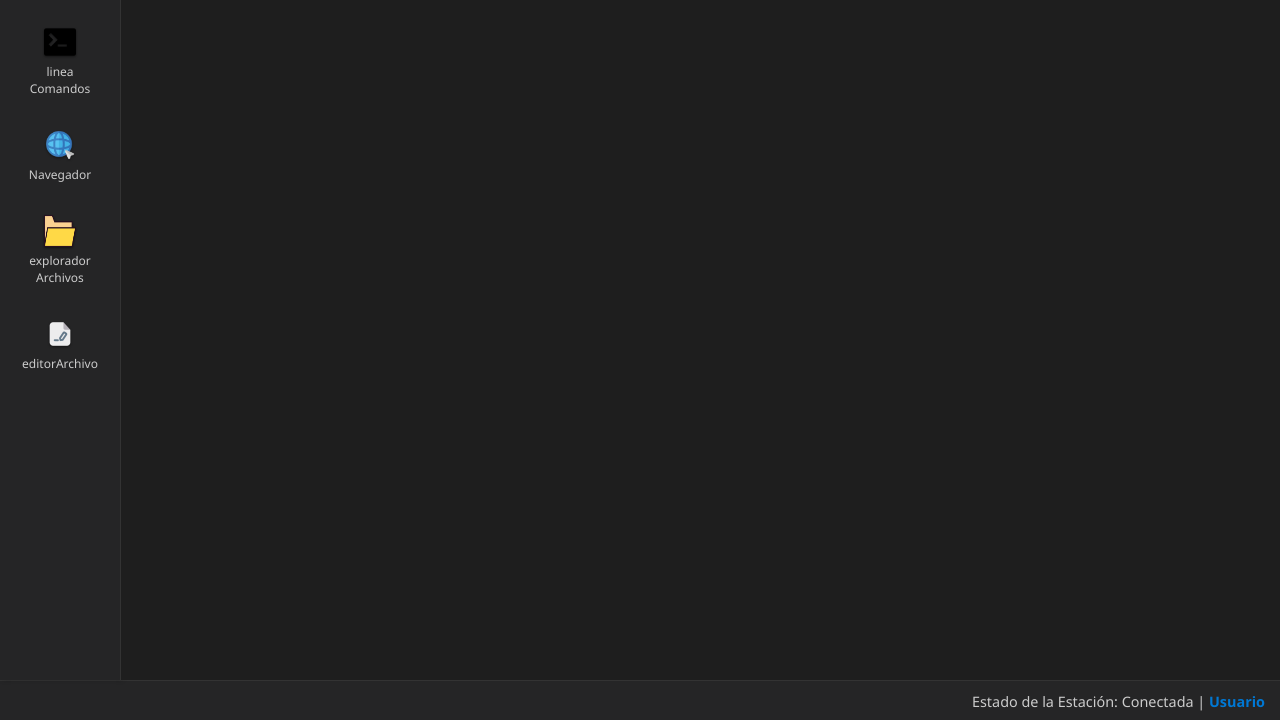
Repository: ValdezGalia/ProgramacionWebUcab
Page: lan-01.html
The author's editor kept a copy of each file at every save. The page is drawn from the files as they stood at one save, then again after the next save.
The browser window is 1280 px wide. The pictures show the whole page.

Above is the page before, as saved 2025-11-13 17:32:28.
Console error: TypeError: Cannot read properties of null (reading 'addEventListener')

### lan-01.html
<!DOCTYPE html>
<html lang="es">

<head>
    <meta charset="UTF-8">
    <meta name="viewport" content="width=device-width, initial-scale=1.0">
    <meta name="author" content="Orlando Valdez / Jenry Youssef / Oscar Torres">
    <link rel="stylesheet" href="/style/lan-01.css">
    <title>NetOps Workstation: Estación de Trabajo</title>
</head>

<body>
    <main id="workstation-container">

        <nav id="app-navigation" aria-label="Aplicaciones de la estación de trabajo">
            <ul id="app-list">
                <li><a href="#" data-tool="lineaComandos"><img src="assets/img/terminal.png" class="app-icon" alt="lineaComandos">linea Comandos</a></li>
                <li><a href="#" data-tool="navegador"><img src="assets/img/navweb.png" class="app-icon" alt="Navegador">Navegador</a></li>
                <li><a href="#" data-tool="exploradorArchivos"><img src="assets/img/exploarch.png" class="app-icon" alt="exploradorArchivos">explorador Archivos</a></li>
                <li><a href="#" data-tool="editorArchivo"><img src="assets/img/editArchivo.png" class="app-icon" alt="editorArchivo">editorArchivo</a></li>
            </ul>
        </nav>

        <hr>
        <!-- Contenedor de herramientas de forma dinamica y sostenible -->
        <section id="application-display">
            <iframe id="tool-iframe" src="pages/lineaComandos.html" sandbox="allow-scripts allow-same-origin"
                title="Aplicación interactiva" width="99.5%" height="700px"></iframe>
        </section>

    </main>

    <footer aria-label="Estado y Diagnóstico">
        <p>Estado de la Estación: Conectada | <span class="user">Usuario</span></p>
    </footer>

    <script src="js/lan-windows-01.js"></script>

</body>

</html>

### style/lan-01.css

/* Colores de la interfaz: Estilo Oscuro */
:root {
    --bg-primary: #1e1e1e; /* Fondo principal (Oscuro) */
    --bg-secondary: #252526; /* Fondo de contenedores/paneles */
    --color-text: #cccccc; /* Texto principal */
    --color-accent: #0078d4; /* Azul de acento (como Windows) */
    --border-color: #333333; /* Color de borde y separadores */
}

/* Base Global */
html, body {
    height: 100%;
    margin: 0;
    padding: 0;
    font-family: 'Segoe UI', Tahoma, Geneva, Verdana, sans-serif; /* Fuente tipo Windows */
    background-color: var(--bg-primary);
    color: var(--color-text);
    overflow-y: hidden;
}

/* Contenedor Principal (Simula el Escritorio) */
#workstation-container {
    display: flex;
    flex-direction: row; /* Navegación a la izquierda, área de trabajo a la derecha */
    height: calc(100vh - 40px); /* 100% del alto menos el footer */
}

#app-navigation {
    width: 120px;
    background-color: var(--bg-secondary);
    padding: 10px 0;
    border-right: 1px solid var(--border-color);
    box-shadow: 2px 0 5px rgba(0, 0, 0, 0.2);
}

#app-list {
    display: flex;
    flex-direction: column;
    list-style: none;
    margin: 0;
    padding: 0;
}

#app-list li {
    margin: 5px 0;
}

#app-list a {
    display: flex;
    flex-direction: column;
    justify-content: center;
    align-items: center;
    text-decoration: none;

    color: var(--color-text);
    background-color: transparent;
    padding: 10px 5px;
    margin: 0 auto;
    width: 90px;
    border: 1px solid transparent;
    border-radius: 4px;
    transition: background-color 0.2s, border-color 0.2s;
}

.app-icon {
    width: 32px;
    height: 32px;
    margin-bottom: 5px;
    filter: drop-shadow(0 1px 1px rgba(0, 0, 0, 0.5));
}

#app-list a {
    font-size: 0.75em;
    font-weight: 400;
    text-align: center;
    color: var(--color-text);
}

#app-list a:hover {
    background-color: rgba(255, 255, 255, 0.1);
    border-color: rgba(255, 255, 255, 0.2);
    cursor: pointer;
}

#app-list a.active {
    background-color: var(--color-accent);
    border-color: var(--color-accent);
    color: white;
}

#app-list a.active span {
    color: white;
}

#application-display {
    flex-grow: 1;
    padding: 10px;
    background-color: var(--bg-primary);
    overflow: hidden;
}

#tool-iframe {
    width: 100%;
    height: 100%;
    border: 1px solid var(--border-color);
    border-radius: 5px;
    background-color: white;
}

hr {
    display: none;
}

footer {
    height: 40px;
    display: flex;
    justify-content: flex-end;
    align-items: center;
    background-color: var(--bg-secondary);
    border-top: 1px solid var(--border-color);
    padding: 0 15px;
    font-size: 0.9em;
}

.user {
    font-weight: bold;
    color: var(--color-accent);
}

/* --- Estilos de la Ventana de Aplicación (Simulación) --- */

/* Contenedor principal de la ventana (reemplaza al iframe directo) */
.app-window {
    position: absolute; /* Permite que flote sobre el fondo */
    top: 20px;
    left: 20px;
    width: 600px; /* Tamaño inicial de la ventana */
    height: 400px;
    background-color: var(--bg-secondary);
    border: 1px solid var(--border-color);
    border-radius: 5px;
    box-shadow: 0 10px 20px rgba(0, 0, 0, 0.4);
    display: flex;
    flex-direction: column;
    z-index: 100; /* Asegura que esté por encima de otros elementos */
    overflow: hidden;
    resize: both; /* Permite redimensionar con el ratón (opcional) */
    min-width: 300px;
    min-height: 200px;
    transition: all 0.3s ease;
}

/* Barra de Título de la Ventana */
.window-titlebar {
    display: flex;
    justify-content: space-between;
    align-items: center;
    padding: 5px 10px;
    background-color: #3f3f3f; /* Color de la barra de título */
    color: white;
    font-size: 0.9em;
    cursor: move; /* Indica que la ventana se puede arrastrar (aunque no implementaremos el arrastre sin una librería) */
    border-bottom: 1px solid var(--border-color);
}

.window-controls button {
    background: none;
    border: none;
    color: white;
    font-size: 1.2em;
    margin-left: 5px;
    cursor: pointer;
    padding: 2px 5px;
    transition: background-color 0.1s;
}

.window-controls button:hover {
    background-color: rgba(255, 255, 255, 0.2);
}

/* El contenido del iframe debe ocupar el resto del espacio */
.window-content {
    flex-grow: 1;
}

.window-content iframe {
    width: 100%;
    height: 100%;
    border: none; /* Quitamos el borde del iframe interno */
    display: block;
}

/* --- ESTADOS DE LA VENTANA --- */

/* 1. Estado Maximizado (Ocupa todo el área de display) */
.app-window.maximized {
    position: absolute;
    top: 0;
    left: 0;
    width: 100%;
    height: 100%;
    border-radius: 0;
    resize: none;
    transition: all 0.3s ease;
}

/* 2. Estado Minimizado (Oculta la ventana) */
.app-window.minimized {
    display: none; /* Oculta el iframe, pero lo mantiene "abierto" lógicamente */
}

### pages/lineaComandos.html
<!DOCTYPE html>
<html lang="es">
<head>
    <meta charset="UTF-8">
    <meta name="viewport" content="width=device-width, initial-scale=1.0">
    <meta name="description" content="Un linea de comandos (CLI) basada en diseño de la de linux">
    <link rel="stylesheet" href="/style/commandline.css">
    <title>Linea de comandos</title>
</head>
<body>
    <div id="terminal-window">
        <pre id="terminal-output">Bienvenido al Simulador. Escriba 'help' para comenzar.</pre>

        <div id="command-line">
            <span id="prompt">user@simulador:~$ > </span>
            <input type="text" id="command-input" autofocus>
        </div>
    </div>

    <script src="../js/commandline.js"></script>
</body>
</html>

### style/commandline.css
* {
    margin: 0px;
    padding: 0px;
}

html, body{
    margin: 0;
    padding: 0;
    width: 100%;
    height: 100%;
    overflow: hidden;
    background-color: #333;
}

textarea{
    display: block;
    display: block;
    width: 100%;
    height: 100%;
    box-sizing: border-box;
    border: none;
    outline: none;
    resize: none;
    font-family: monospace;
    padding: 10px;
    background-color: #2036;
    color: white;
}

### js/commandline.js
const textarea = document.getElementById('cli');

textarea.addEventListener('keypress', ({keyCode}) => {
    if(keyCode === 13){
        const command = textarea.value;

        switch (command) {
            case 'ping':
                console.log("Hola mundo")

            break;

            default:
                break;
        }

    }
})

Loaded but not shown: js/lan-windows-01.js (336 lines, source omitted)

After the next save:
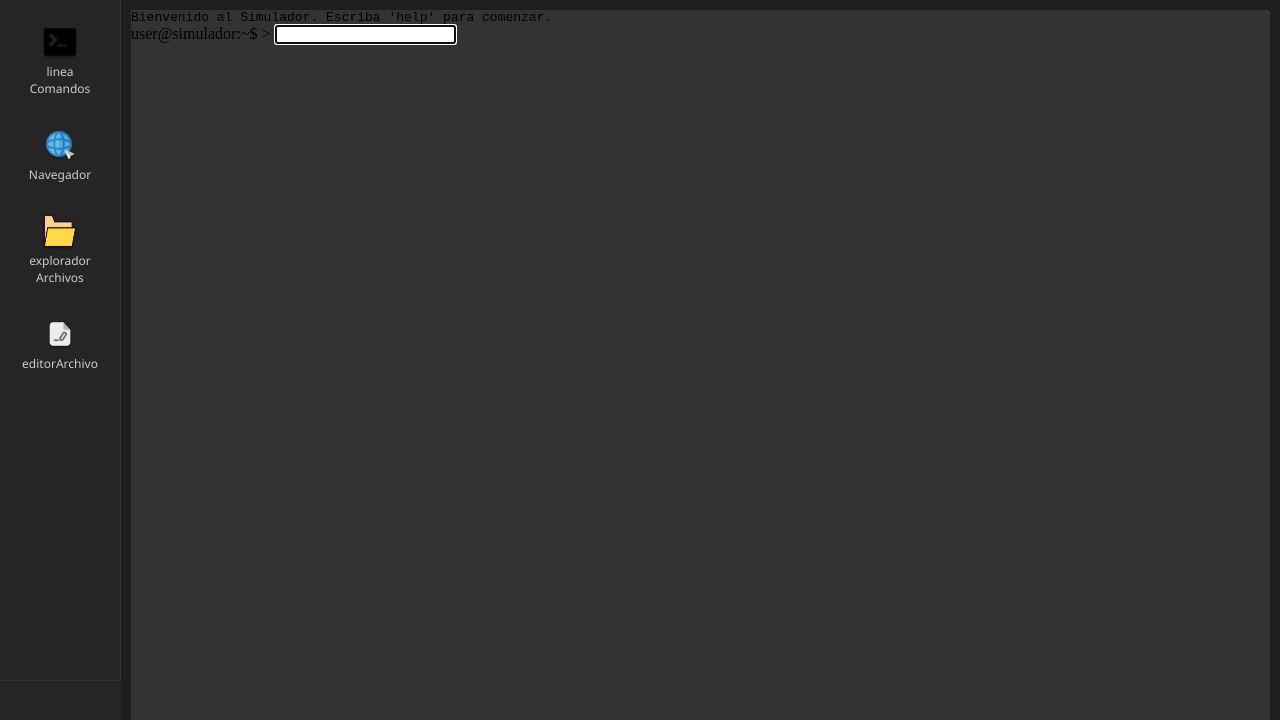
Saved 55 s later.
--- a/style/lan-01.css
+++ b/style/lan-01.css
@@ -209,3 +209,56 @@ footer {
 .app-window.minimized {
     display: none; /* Oculta el iframe, pero lo mantiene "abierto" lógicamente */
 }
+
+/* Ejemplo de CSS que necesitas en lan-01.css */
+
+/* Contenedor principal para limitar el arrastre */
+#application-display {
+    position: relative; /* Importante para que las ventanas absolutas se posicionen respecto a él */
+    /* Define un alto fijo para que las ventanas no se escapen, e.g., 700px */
+    height: 750px;
+    overflow: hidden; /* Opcional: Oculta partes de ventanas si intentan salirse */
+}
+
+/* La ventana de la aplicación */
+.app-window {
+    position: absolute; /* CLAVE para poder manipular top/left */
+    /* Establece un tamaño y estilo inicial para la ventana */
+    width: 600px;
+    min-height: 400px;
+    background: #f0f0f0;
+    border: 1px solid #aaa;
+    box-shadow: 0 4px 8px rgba(0, 0, 0, 0.2);
+    /* El z-index es manejado por JS, pero un valor inicial es bueno */
+    z-index: 100;
+}
+
+/* Barra de título para el arrastre */
+.window-titlebar {
+    cursor: grab; /* Indica que se puede arrastrar */
+    user-select: none; /* Evita seleccionar texto al arrastrar */
+    /* Estilo... */
+    background: #333;
+    color: white;
+    padding: 5px 10px;
+    display: flex;
+    justify-content: space-between;
+    align-items: center;
+}
+
+.window-titlebar:active {
+    cursor: grabbing; /* Cambia el cursor mientras se arrastra */
+}
+
+/* Estilo para el contenido de la ventana y el iframe */
+.window-content {
+    /* Ajusta padding/márgenes si es necesario */
+    height: calc(100% - 30px); /* Ejemplo: 100% menos la altura de la titlebar */
+}
+
+#tool-iframe {
+    width: 100%;
+    height: 100%;
+    border: none;
+    display: block !important; /* Asegura que el iframe se muestre dentro de la ventana */
+}

After the 2 saves that followed:
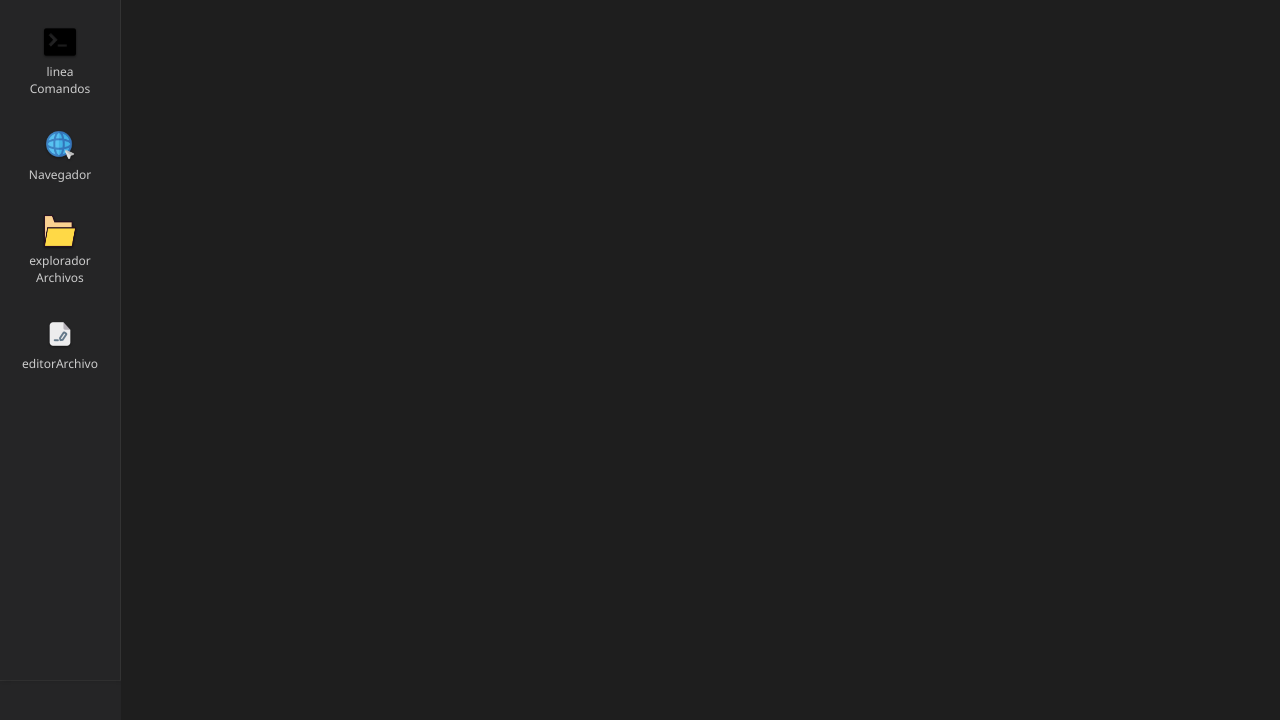
The 2 saves are shown as one change because they came seconds apart.
The last was saved 4 min 7 s later.
--- a/style/lan-01.css
+++ b/style/lan-01.css
@@ -232,33 +232,3 @@ footer {
     /* El z-index es manejado por JS, pero un valor inicial es bueno */
     z-index: 100;
 }
-
-/* Barra de título para el arrastre */
-.window-titlebar {
-    cursor: grab; /* Indica que se puede arrastrar */
-    user-select: none; /* Evita seleccionar texto al arrastrar */
-    /* Estilo... */
-    background: #333;
-    color: white;
-    padding: 5px 10px;
-    display: flex;
-    justify-content: space-between;
-    align-items: center;
-}
-
-.window-titlebar:active {
-    cursor: grabbing; /* Cambia el cursor mientras se arrastra */
-}
-
-/* Estilo para el contenido de la ventana y el iframe */
-.window-content {
-    /* Ajusta padding/márgenes si es necesario */
-    height: calc(100% - 30px); /* Ejemplo: 100% menos la altura de la titlebar */
-}
-
-#tool-iframe {
-    width: 100%;
-    height: 100%;
-    border: none;
-    display: block !important; /* Asegura que el iframe se muestre dentro de la ventana */
-}
